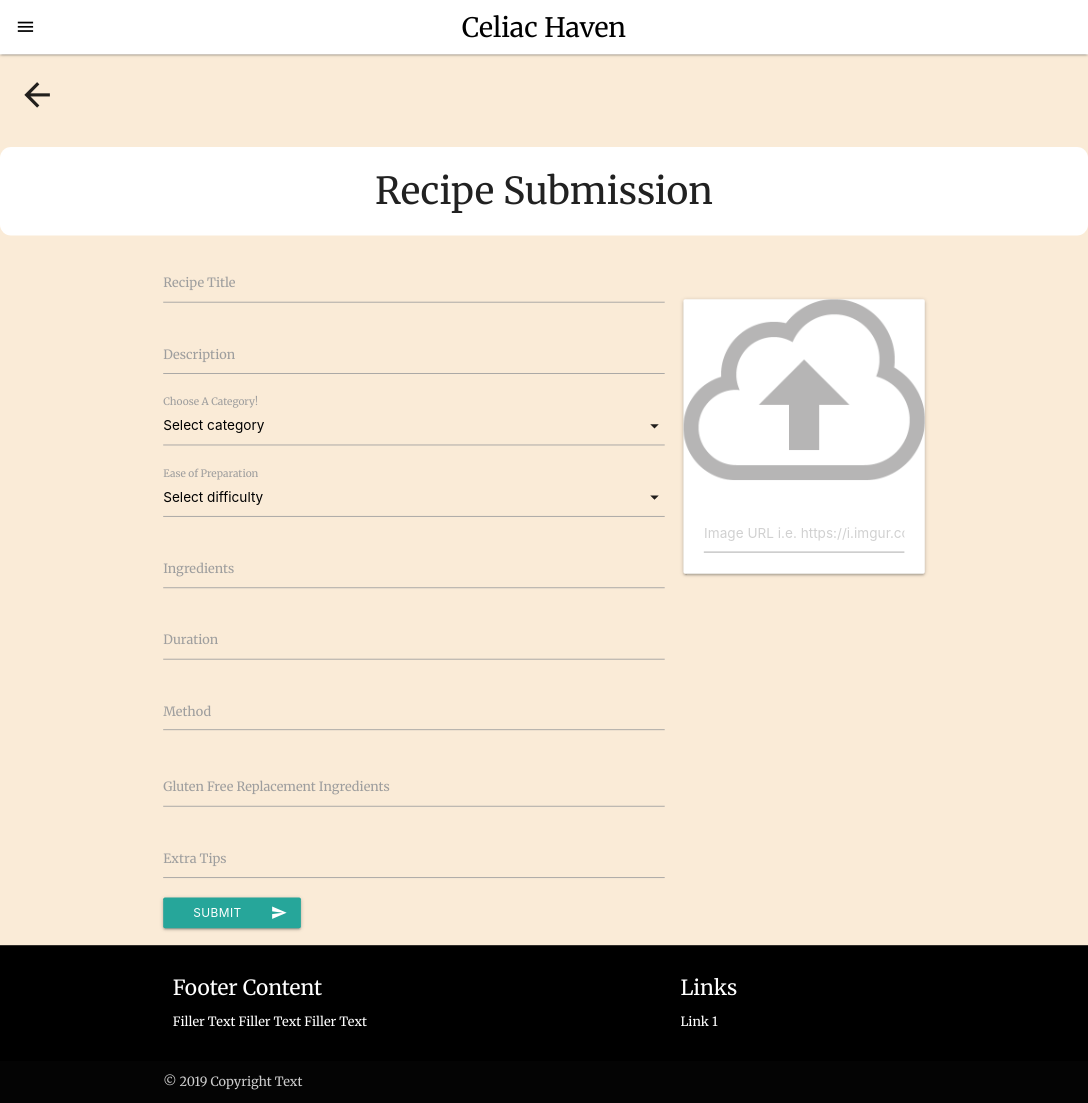
Repository: DanielJMaia/cookbook-project
Page: http://localhost/add_recipe
The author's editor kept a record of every edit. The page is drawn from the files as they stood at one moment, then again after the next edit.
The browser window is 1280 px wide. The pictures show the whole page, at 85% of full size.
Some web fonts or font styles are not loaded; a fallback is used. The page is served by the project's application, run on Flask 3 (app.py). Queries for data that is not in the repository find no rows.

Above is the page before.

### templates/add_recipe.html
{% extends 'base.html' %} {% block content %}
<div class="row">
    <div class="col s12">
        <i class="material-icons" id="back_icon">arrow_back</i>
    </div>
</div>
<h3 class="center-align" id="submit_recipe_header">Recipe Submission</h3>
<form action="{{url_for('insert_recipe')}}" method="POST" class="col s12 m8" autocomplete="off">
    <div class="container">
        <div class="row">
            <div class="col s11 m4 submit_image_spacing">
                <div class="card">
                    <div class="card-image">
                        <img src="/static/img/upload.jpg" class="image">
                    </div>
                    <div class="card-content input-field">
                        <input id="add_image" type="text" class="validate" name="url" placeholder="Image URL i.e. https://i.imgur.com/PuHbs0g.jpg" required>
                    </div>
                </div>
            </div>
            <div class="input-field col s11 m8">
                <input id="recipe_title" type="text" class="validate" name="title" required>
                <label for="recipe_title">Recipe Title</label>
            </div>
            <div class="input-field col s11 m8">
                <input id="recipe_description" type="text" class="validate" name="description" required>
                <label for="recipe_description">Description</label>
            </div>
            <div class="input-field col s11 m8">
                <select name="category" required>
                        <option selected disabled value>Select category</option>
                    {% for cat in second_category %}
                        <option value="{{ cat.category }}" >{{ cat.category }}</option>
                    {% endfor %}
                </select>
                <label>Choose A Category!</label>
            </div>
            <div class="input-field col s11 m8">
                <select name="difficulty" required>
                        <option selected disabled value>Select difficulty</option>
                    {% for diff in difficulty %}
                        <option value="{{ diff.difficulty }}" >{{ diff.difficulty }}</option>
                    {% endfor %}
                </select>
                <label>Ease of Preparation</label>
            </div>
            <div class="input-field col s11 m8">
                <input id="ingredients" type="text" class="validate" name="ingredients" required>
                <label for="ingredients">Ingredients</label>
            </div>
            <div class="input-field col s11 m8">
                <input id="duration" type="text" class="validate" name="prep_duration" required>
                <label for="duration">Duration</label>
            </div>
            <div class="input-field col s11 m8">
                <textarea id="textarea1" class="materialize-textarea" name="method" required></textarea>
                <label for="textarea1">Method</label>
            </div>
            <div class="input-field col s11 m8">
                <input id="gf_ingredient" type="text" class="validate" name="gf_ingredient">
                <label for="gf_ingredient">Gluten Free Replacement Ingredients</label>
            </div>
            <div class="input-field col s11 m8">
                <input id="tips" type="text" class="validate" name="tips">
                <label for="tips">Extra Tips</label>
            </div>
            <div class="col s12 center-align">
                <button class="btn waves-effect waves-light button_form_min_width" type="submit" name="action">Submit
                    <i class="material-icons right">send</i>
                </button>
            </div>
        </div>
    </div>
</form>
{% endblock %}

### templates/base.html
<!DOCTYPE html>
<html lang="en">

<head>
    <meta charset="UTF-8">
    <meta name="viewport" content="width=device-width, initial-scale=1.0">
    <meta http-equiv="X-UA-Compatible" content="ie=edge">
    <title>GF Recipes!</title>

    <link rel="stylesheet" href="https://cdnjs.cloudflare.com/ajax/libs/materialize/1.0.0/css/materialize.min.css">
    <link href="https://fonts.googleapis.com/icon?family=Material+Icons" rel="stylesheet">
    <link href="https://fonts.googleapis.com/css?family=Merriweather|Solway&display=swap" rel="stylesheet">
    <link rel="stylesheet" href="{{url_for('static', filename='css/style.css')}}" type="text/css" />
</head>

<body>
    <header>
        <nav class="white">
            <div class="nav-wrapper">
                <a href="{{url_for('home')}}" class="brand-logo center black-text">Celiac Haven</a>
                <a href="#" data-target="mobile-demo" class="sidenav-trigger show-on-large"><i class="material-icons black-text">menu</i></a>
            </div>
        </nav>



        <ul class="sidenav" id="mobile-demo">
            <li><a href="{{url_for('home')}}">Home</a></li>
            <li><a href="{{url_for('add_recipe')}}">Add A Recipe</a></li>
            {% for cat in categories %}
            <li><a href="{{url_for('get_recipes', recipe_category=cat.category)}}">{{ cat.category }}</a></li>
            {% endfor %}
        </ul>


    </header>
    <main>
        {% block content %} {% endblock %}
    </main>

    <footer class="page-footer black">
        <div class="container">
            <div class="row">
                <div class="col l6 s12">
                    <h5 class="white-text">Footer Content</h5>
                    <p class="white-text text-lighten-4">Filler Text Filler Text Filler Text</p>
                </div>
                <div class="col l4 offset-l2 s12">
                    <h5 class="white-text">Links</h5>
                    <ul>
                        <li><a class="white-text text-lighten-3" href="#!">Link 1</a></li>
                    </ul>
                </div>
            </div>
        </div>
        <div class="footer-copyright">
            <div class="container">
                © 2019 Copyright Text
            </div>
        </div>
    </footer>

    <script src="https://cdnjs.cloudflare.com/ajax/libs/jquery/3.4.1/jquery.js" integrity="sha256-WpOohJOqMqqyKL9FccASB9O0KwACQJpFTUBLTYOVvVU=" crossorigin="anonymous"></script>
    <script src="https://cdnjs.cloudflare.com/ajax/libs/materialize/1.0.0/js/materialize.min.js"></script>
    <script type="text/javascript" src="/static/js/initialization.js"></script>

</body>

</html>

### app.py
import os
import env
from flask import Flask, render_template, redirect, request, url_for
from flask_pymongo import PyMongo
from bson.objectid import ObjectId

app = Flask(__name__)

app.config["MONGO_DBNAME"] = 'milestone-project-cookbook'
app.config['MONGO_URI'] = os.getenv('MONGO_URI', "Env value not loaded")

mongo = PyMongo(app)

@app.route('/')
def home():
    return render_template("index.html",
    categories=mongo.db.categories.find(),
    second_category=mongo.db.categories.find())

@app.route('/get_recipes/<recipe_category>')
def get_recipes(recipe_category):
    return render_template("recipes.html",
    categories=mongo.db.categories.find(),
    recipes=mongo.db.recipes.find({"category": recipe_category}))

@app.route('/add_recipe')
def add_recipe():
    return render_template("add_recipe.html",
    categories=mongo.db.categories.find(),
    second_category=mongo.db.categories.find(),
    difficulty=mongo.db.difficulty.find())

@app.route('/insert_recipe', methods=["POST"])
def insert_recipe():
    recipes = mongo.db.recipes
    recipes.insert_one(request.form.to_dict())
    return redirect(url_for('home'))

@app.route('/edit_recipe/<recipe_id>')
def edit_recipe(recipe_id):
    _recipe = mongo.db.recipes.find_one({"_id": ObjectId(recipe_id)})
    _categories = mongo.db.categories.find()
    _difficulty = mongo.db.difficulty.find()
    category_list = [category for category in _categories]
    return render_template('edit_recipe.html', recipe=_recipe, categories=category_list, difficulty=_difficulty)

@app.route('/update_recipe/<recipe_id>', methods=["POST"])
def update_recipe(recipe_id):
    recipes = mongo.db.recipes
    recipes.update({'_id': ObjectId(recipe_id)},
    {
        'title' : request.form.get('title'),
        'category' : request.form.get('category'),
        'gf_ingredient' : request.form.get('gf_ingredient'),
        'prep_duration' : request.form.get('prep_duration'),
        'difficulty' : request.form.get('difficulty'),
        'method' : request.form.get('method'),
        'ingredients' : request.form.get('ingredients'),
        'description' : request.form.get('description'),
        'tips' : request.form.get('tips')
    })
    return redirect(url_for('home'))

@app.route('/view_recipe/<recipe_id>')
def view_recipe(recipe_id):
    return render_template('view_recipe.html',
    recipes = mongo.db.recipes.find({"_id": ObjectId(recipe_id)}), categories=mongo.db.categories.find())


if __name__  == '__main__':
    app.run(host=os.environ.get('IP'),
    port=int(os.environ.get('PORT')),
    debug=True)

### static/css/style.css
body {
  display: flex;
  min-height: 100vh;
  flex-direction: column;
  font-family: 'Solway', 'Merriweather', serif;
  background-color: #faebd7;
}

main {
  flex: 1 0 auto;
}

.brand-logo {
  width: fit-content;
}

#quote {
  background-image: url("https://i.imgur.com/PuHbs0g.jpg");
  background-size: cover;
  padding-top: 17rem;
  text-align: center;
  height: 55rem;
  text-shadow: 0.5px 0.5px #aaa6a6;
}

.quote_header {
  background-color: white;
  width: fit-content;
  padding: 13px;
  border-radius: 6px;
  margin-left: 15px;
  margin-right: 15px;
}


#submit_recipe_header {
  background-color: white;
  margin-left: auto;
  margin-right: auto;
  border-radius: 13px;
  padding: 28px;
}

.recipe_modify_container {
  background-color: white;
  padding: 25px;
  border-radius: 13px;
  margin-bottom: 40px;
}

.button_form_min_width {
  min-width: 162px;
  float: left;
}

.submit_image_spacing {
  padding-top: 50px!important;
  float: right!important;
}

.recipe_banner {
  background-size: cover;
  resize: both;
}

.recipe_information_box {
  width: 100%
}

.recipe_image_information_container {
  position: relative;
}

.recipe_information {
  background-color: white;
  margin: -2rem;
  padding: 2rem;
}

#recipe_image {
  height: auto;
  width: 100%;
  position: relative;
}

.responsive_image {
  object-fit: cover;
  height: 20rem;
}

#back_icon {
  padding: 10px;
  font-size: 3rem;
  border-radius: 100%;
  margin-top: 1rem;
  cursor: pointer;
}


.separation {
  min-height: 2rem;
  background-color: #faebd7;
}

.edit_button {
  float: right;
}

.card-content {
  max-height: 95px;
}

/* Text Decoration Classes */

.underline {
  text-decoration: underline;
}


@media (min-width: 768px) {
  .recipe_information_box {
    position: absolute;
    right: 5%;
    top: 5%;
    width: 40%;
  }
  .quote_header {
    margin-left: auto;
    margin-right: auto;
  }
  #recipe_information_row {
    padding: 0 25px 0 25px;
  }
}

@media (min-width: 1000px) {
  .recipe_information_box {
    width: 30%;
  }
}


@media (min-width: 1200px) {
  .recipe_information_box {
    width: 20%;
  }
}

@media (min-width: 2560px) {}

@media (min-width: 3840px) {}

### static/js/initialization.js
$(document).ready(function() {
    $('.sidenav').sidenav();
    $('.tabs').tabs();
    $('input#input_text, textarea#textarea2').characterCounter();
    $('select').formSelect();
});

document.getElementById("back_icon").addEventListener("click", goBack)

function goBack(){
    window.history.back();
}

After the next edit:
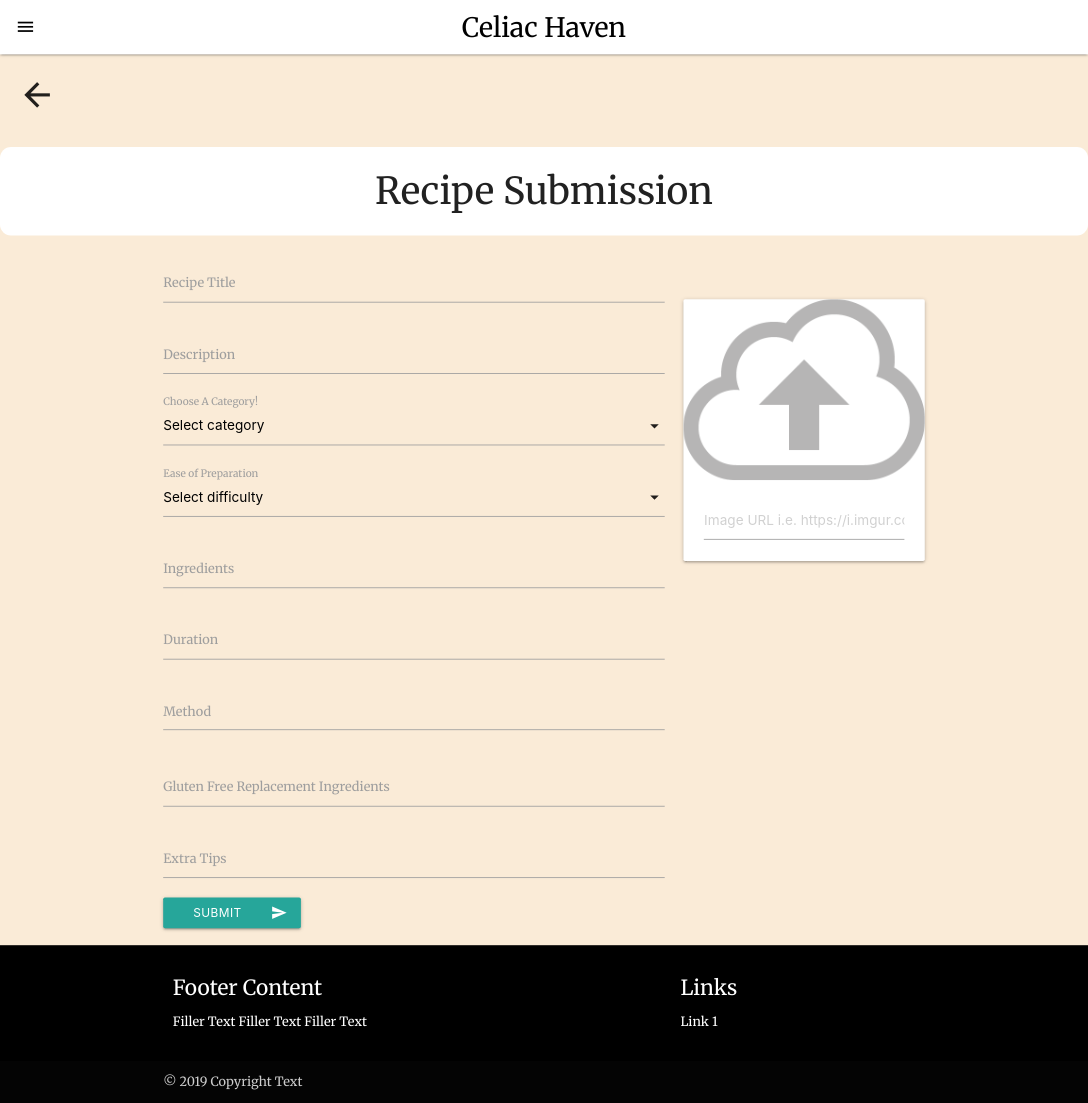
The edit:
--- a/templates/add_recipe.html
+++ b/templates/add_recipe.html
@@ -13,7 +13,7 @@
                     <div class="card-image">
                         <img src="/static/img/upload.jpg" class="image">
                     </div>
-                    <div class="card-content input-field">
+                    <div class="card-content">
                         <input id="add_image" type="text" class="validate" name="url" placeholder="Image URL i.e. https://i.imgur.com/PuHbs0g.jpg" required>
                     </div>
                 </div>
